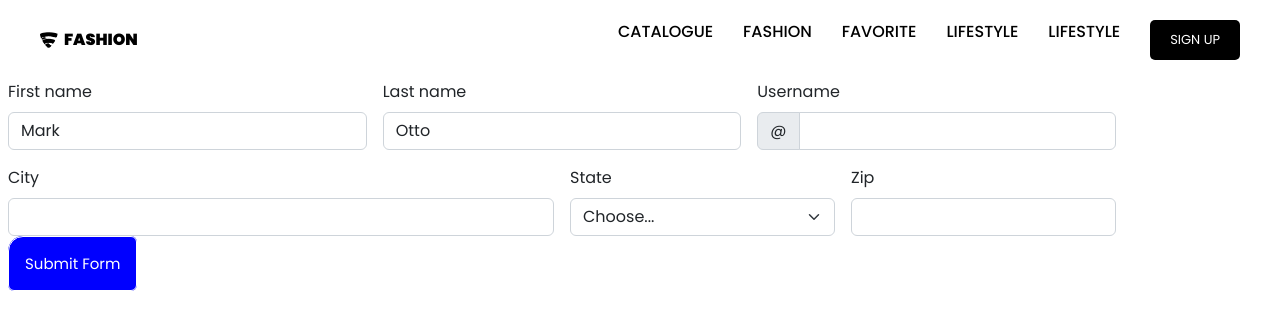
Repository: isaacCodes1/My-Project
Page: form.html
The author's editor kept a copy of each file at every save. The page is drawn from the files as they stood at one save, then again after the next save.
The browser window is 1280 px wide. The pictures show the whole page.

Above is the page before, as saved 2024-03-21 16:06:40.

After the next save:
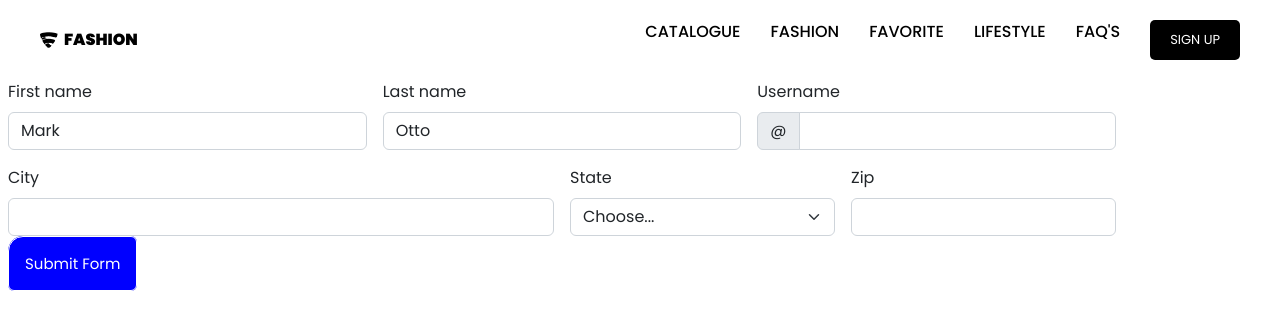
Saved 8 s later.
--- a/form.html
+++ b/form.html
@@ -32,7 +32,7 @@
               <li><a href="fashion.html">FASHION</a></li>
               <li><a href="favourite.html">FAVORITE</a></li>
               <li><a href="lifestyle.html">LIFESTYLE</a></li>
-              <li><a href="FAQ.html">LIFESTYLE</a></li>
+              <li><a href="FAQ.html">FAQ'S</a></li>
 
             </ul>
             <a href="form.html"><button>SIGN UP</button></a>
